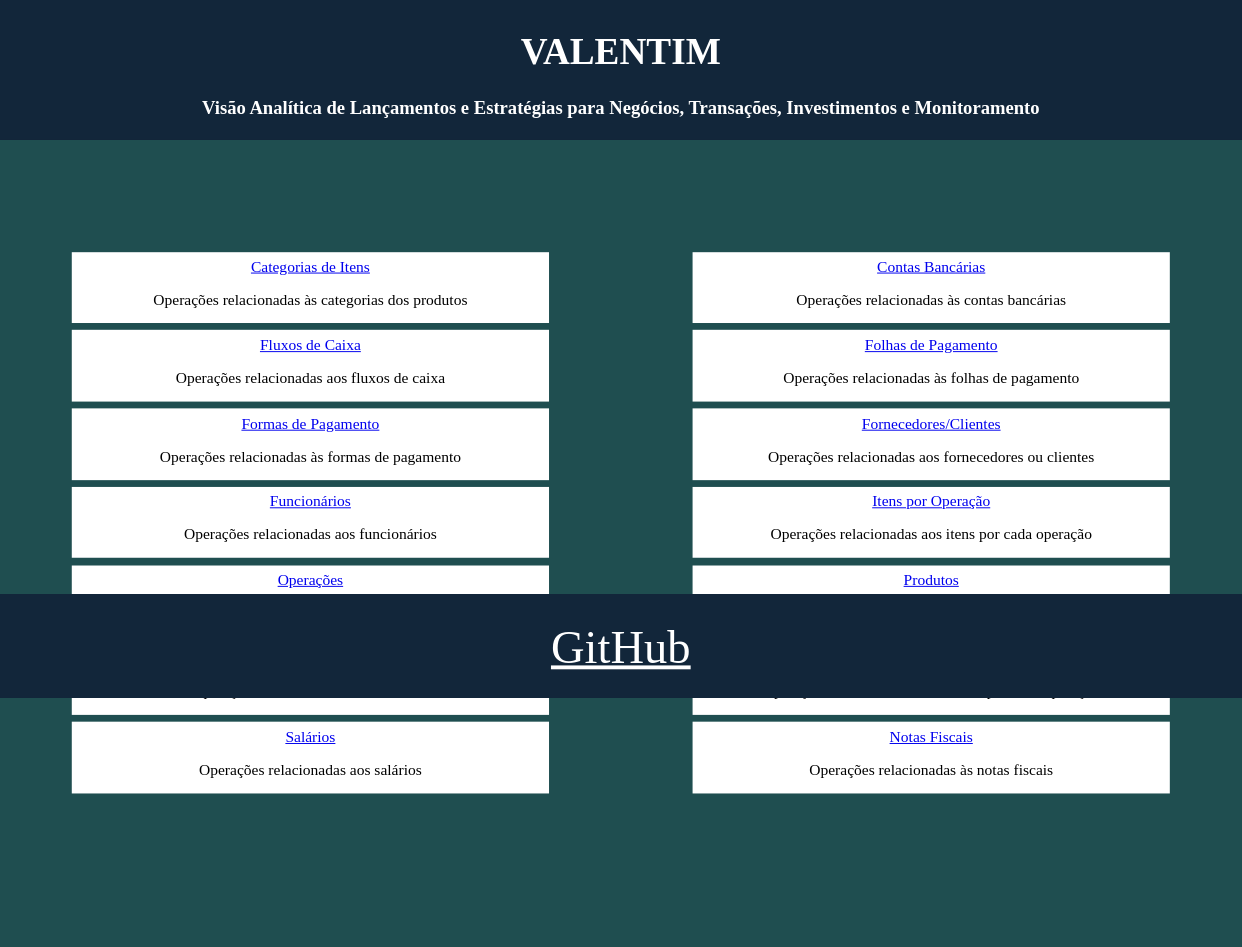
Repository: Matheus-Lacerda009/ERP-Financeiro
Page: Front/menu/menu.html
The author's editor kept a copy of each file at every save. The page is drawn from the files as they stood at one save, then again after the next save.
The browser window is 1280 px wide. The pictures show the whole page, at 97% of full size.

Above is the page before, as saved 2026-07-13 19:04:53.

After the next save:
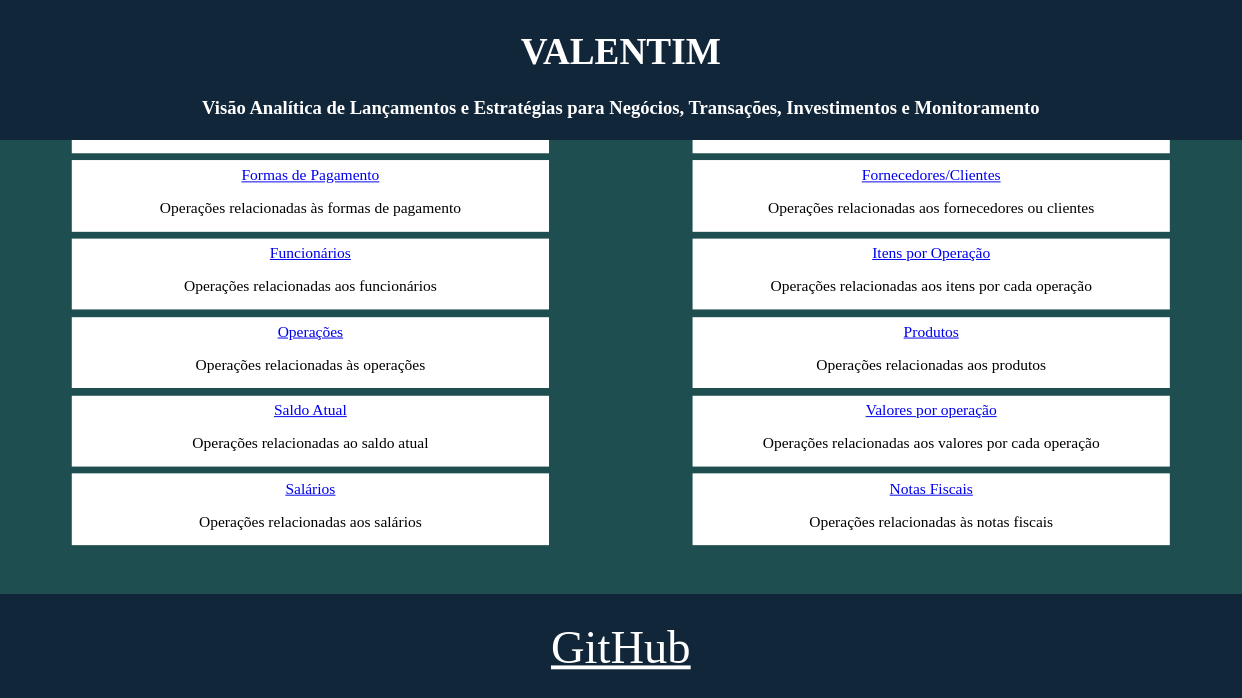
Saved 10 s later.
--- a/Front/menu/menu.css
+++ b/Front/menu/menu.css
@@ -47,7 +47,6 @@ body{
 }
 
 .container{
-    margin-top: 20%;
     height: 100vh;
     width: 100%;
     box-sizing: border-box;
